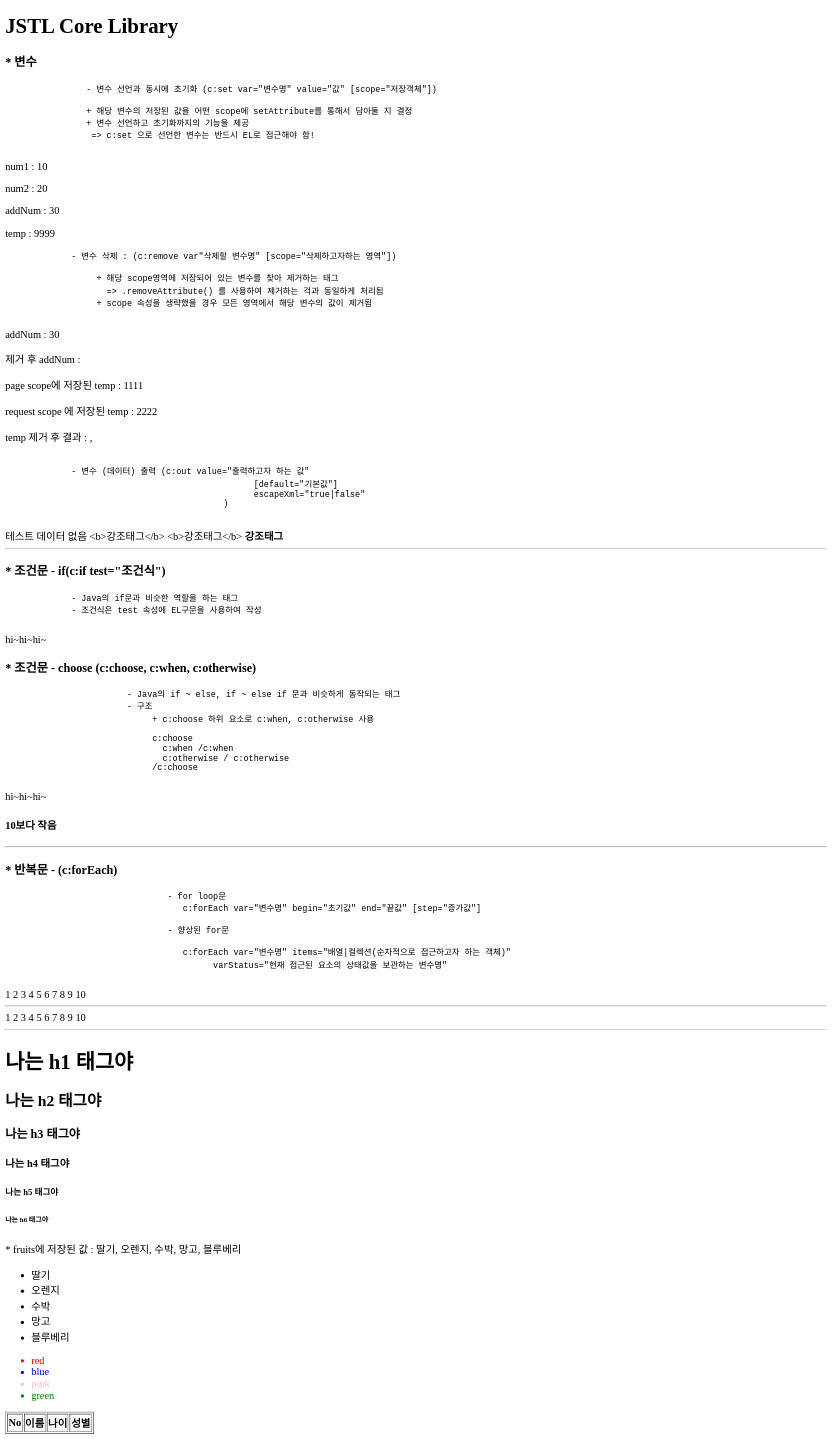
Repository: kkh1396/kh_front
Page: http://localhost/2_jsp/views/4_CustomAction/2_core.jsp
These files come from the project's save history. The page is drawn as it stood at one moment and after the next save; the edit follows.
The browser window is 1280 px wide. The pictures show the whole page, at 65% of full size.
The page is served by Tomcat 9. Nobody is signed in. The application's start-up code is not run. Other server files are loaded and not shown.

Above is the page before, as saved 2025-03-21 05:43:44.

### 05_server/2_jsp/src/main/webapp/views/4_CustomAction/2_core.jsp
<%@ page language="java" contentType="text/html; charset=UTF-8"
    pageEncoding="UTF-8"%>
<%@ taglib prefix="c" uri="http://java.sun.com/jsp/jstl/core" %>
<%@ page import="java.util.ArrayList, model.vo.Student" %>

<!DOCTYPE html>
<html>
<head>
<meta charset="UTF-8">
<title>JSTL - core</title>
</head>
<body>
	 <h1>JSTL Core Library</h1>

	 <h3>* 변수</h3>
	 <pre>
	   	- 변수 선언과 동시에 초기화 (c:set var="변수명" value="값" [scope="저장객체"])

	   	+ 해당 변수의 저장된 값을 어떤 scope에 setAttribute를 통해서 담아둘 지 결정
	   	+ 변수 선언하고 초기화까지의 기능을 제공
	   	 => c:set 으로 선언한 변수는 반드시 EL로 접근해야 함!
	 </pre>


	 <!-- num1 이라는 변수에 10이라는 값을 저장  -->
	 <c:set var="num1" value="10"/>

	 <%-- request 영역에 num2라는 변수에 20이라는 값ㅇ르 저장 --%>
	 <c:set var="num2" value="20" scope="request"/>

	 <p> num1 : ${ num1 } </p>
	 <p> num2 : ${ num2 } </p>


	 <%-- num1 num2의 합을 addNum이라는 변수에 저장(session 영역) --%>
	 <c:set var="addNum" value= '${ num1 +num2 }' scope="session"/>
	 <p> addNum : ${ addNum } </p>

	 <c:set var="temp">
	    9999
	 </c:set>

	 <%-- value 속성 대신, 시작태그와 종료태그 사이에 초기값을 지정할 수 있음 --%>

	 <p> temp : ${ temp } </p>

	 <pre>
	     - 변수 삭제 : (c:remove var"삭제할 변수명" [scope="삭제하고자하는 영역"])

	          + 해당 scope영역에 저장되어 있는 변수를 찾아 제거하는 태그
	            => .removeAttribute() 를 사용하여 제거하는 걱과 동일하게 처리됨
	          + scope 속성을 생략했을 경우 모든 영역에서 해당 변수의 값이 제거됨
	 </pre>

	 <%-- session 영역의 addNum 변수 삭제 --%>
	 <p> addNum : ${ addNum }</p>
	 <c:remove var="addNum" scope="session"/>

	 <p> 제거 후 addNum : ${ addNum }</p>


	 <c:set var="temp" value="1111" />
	 <c:set var="temp" value="2222" scope="request"/>

	 <p> page scope에 저장된 temp : ${ temp }</p>
	 <p> request scope 에 저장된 temp : ${ requestScope.temp }</p>


	 <c:remove var="temp" />

	 <p> temp 제거 후 결과 : ${ temp } , ${ requestScope.temp }

	 <pre>
	     - 변수 (데이터) 출력 (c:out value="출력하고자 하는 값"
	     					 [default="기본값"]
	     					 escapeXml="true|false"
	     				   )
	 </pre>

	 <c:out value="테스트" />

	 <%-- addNum 변수의 값을 출력 --%>
	 <c:out value="${ addnum }"/>
	 <c:out value="${ addnum }" default="데이터 없음"/>

	 <%-- outData 라는 변수에 '<b>강조태그</b>' 값을 저장 --%>
	 <c:set var="outData" value="<b>강조태그</b>" />
	 <c:out value="${ outData }" />
	 <c:out value="${ outData }" escapeXml="true"/>
	 <%-- escapeXml 속성의 기본값은 true, 태그를 해석하지 않음 --%>
	 <c:out value="${ outData }" escapeXml="false"/>

	 <hr>

	 <h3>* 조건문 - if(c:if test="조건식") </h3>
	 <pre>
	     - Java의 if문과 비슷한 역할을 하는 태그
	     - 조건식은 test 속성에 EL구문을 사용하여 작성
	 </pre>


	 <%-- num1이 num2보다 큰가? --%>
	 <%-- * JSTL로 선언된 변수는 접근 불가! (EL로만 접근 가능)
	 <% if (num1 > num2) {%>
	 <% } %>
	 --%>

	 <c:if test="${ num1 > num2 }">
	  		num1이 num2보다 큽니다.
	 </c:if>

	 <c:if test="${ num lt num2 }">
	        num1이 num2보다 작습니다.
	 </c:if>

	 <c:set var='hi' value="안녕"/>
	 <%--
	 		hi 변수에 저장된 값이 "안녕"일 경우 hi~hi~hi~ 출력
	 		      			  "안녕"이 아닐경우 by~by~by~ 출력
	  --%>

	  <c:if test="${ hi == '안녕' }">
	         hi~hi~hi~
	  </c:if>
	 <c:if test="${ hi != '안녕' }">
	         by~by~by
	  </c:if>

	  <br>

	  <h3> * 조건문 - choose (c:choose, c:when, c:otherwise) </h3>
	  <pre>
			- Java의 if ~ else, if ~ else if 문과 비슷하게 동작되는 태그
			- 구조
			     + c:choose 하위 요소로 c:when, c:otherwise 사용

			     c:choose
			       c:when /c:when
			       c:otherwise / c:otherwise
			     /c:choose
	  </pre>

	  	<%--
	 		hi 변수에 저장된 값이 "안녕"일 경우 hi~hi~hi~ 출력
	 		      			  "안녕"이 아닐경우 by~by~by~ 출력
	  	--%>

	  	<c:choose>
	  	   <c:when test="${ hi == '안녕'}">
	  	       hi~hi~hi~
	  	   </c:when>
	  	   <c:otherwise>
	  	     	by~by~by~
	  	   </c:otherwise>
	  	</c:choose>


	   <%--
	    	   num1의 값이 20보다 크면 "20보다 큼"
	    	    		, 10보다 크거나 같으면 "10보다 크거나 같음"
	    	    		, 그렇지 않으면 "10보다 작음"출력
	     --%>

	   <c:choose>
	      <c:when test="${ num1 >20 }">
	             <h2>20보다 큼</h2>
	      </c:when>
	      <c:when test="${ num ge 10 }">
	      		<h3> 10보다 큼</h2>
	      </c:when>
	       <c:otherwise>
	           <h4>10보다 작음</h4>
	       </c:otherwise>
	    </c:choose>

	   <hr>


	   <h3>* 반복문 - (c:forEach)</h3>
	   <pre>
	   			- for loop문
	   			   c:forEach var="변수명" begin="초기값" end="끝값" [step="증가값"]

	   			- 향상된 for문

	   			   c:forEach var="변수명" items="배열|컬렉션(순차적으로 접근하고자 하는 객체)"
	   			   	 varStatus="현재 접근된 요소의 상태값을 보관하는 변수명"
	   </pre>
	   <%-- 스크립틀릿을 사용하여 1 ~ 10까지 출력(한줄로) --%>
	   <% for (int i=1; i<=10; i++) { %>
	   			<%= i %>
	   <% } %>

	   <hr>

	   <c:forEach var="i" begin="1" end="10">
	         ${ i }
	   </c:forEach>


	   <hr>
	   <%-- h1 ~ h6 "나는 hx 태그야" --%>

	   <c:forEach var="i" begin="1" end="6">
	         <h${ i }> 나는 h${ i } 태그야 </h${ i }>
	   </c:forEach>

	   <c:set var="fruits">
	      딸기, 오렌지, 수박, 망고, 블루베리
	   </c:set>

	   * fruits에 저장된 값 : ${ fruits }

	   <ul>
	   <c:forEach var="test" items="${ fruits }">
	           <li> ${ test } </li>
	   </c:forEach>
	   </ul>


	   <%--
	   			colors 라는 변수에 4가지 색상을 콤마(,)로 구분하여 저장
	   			목록 태그로 해당 글자를 출력(* 저장된 컬러로 글자색 변경)
	    --%>

	    <%-- colors 변수에 색상 정보를 저장 --%>
	       <c:set var="color">
		      		red,blue,pink,green
	   	   </c:set>

		<%-- 반복문을 사용하여 목록태그에 글자 출력 --%>
		<ul>
		    <c:forEach var="sc" items="${ color }">
		          <li style="color: ${sc}">${ sc }</li>
		    </c:forEach>
	    </ul>

	    <%
	       ArrayList<Student> list = new ArrayList<>();

	       list.add(new Student("박민준", 20, "남자"));
	       list.add(new Student("임성준", 20, "남자"));
	       list.add(new Student("홍길동", 20, "남자"));
	    %>

	    <%-- request.setAttribute("list", list); --%>
	    <c:set var="list" value="<%= list %>" scope="request"/>

	    <table border="1">
	        <thead>
	          <tr>
	             <th>No</th>
	             <th>이름</th>
	             <th>나이</th>
	             <th>성별</th>
	          </tr>
	        </thead>
	        	<%-- 리스트가 비어있을 경우, "조회된 결과가 없습니다" 출력  --%>

	        	<%-- 리스트가 비어있지 않을경우, 제목셀에 맞춰서 내용 출력  --%>
	        <tbody>

	        </tbody>

	    </table>


</body>
</html>

### 05_server/2_jsp/src/main/java/model/vo/Student.java
package model.vo;

public class Student {

	private String name;
	private int age;
	private String gender;


	// 생성자(기본생성자, 모든필드매개변수로가지는 생성자)
	// getter/setter
	// toString
	public Student() {
		super();
	}

	public Student(String name, int age, String gender) {
		super();
		this.name = name;
		this.age = age;
		this.gender = gender;
	}

	public String getName() {
		return name;
	}

	public void setName(String name) {
		this.name = name;
	}

	public int getAge() {
		return age;
	}

	public void setAge(int age) {
		this.age = age;
	}

	public String getGender() {
		return gender;
	}

	public void setGender(String gender) {
		this.gender = gender;
	}

	@Override
	public String toString() {
		return "Student [name=" + name + ", age=" + age + ", gender=" + gender + "]";
	}



}

After the next save:
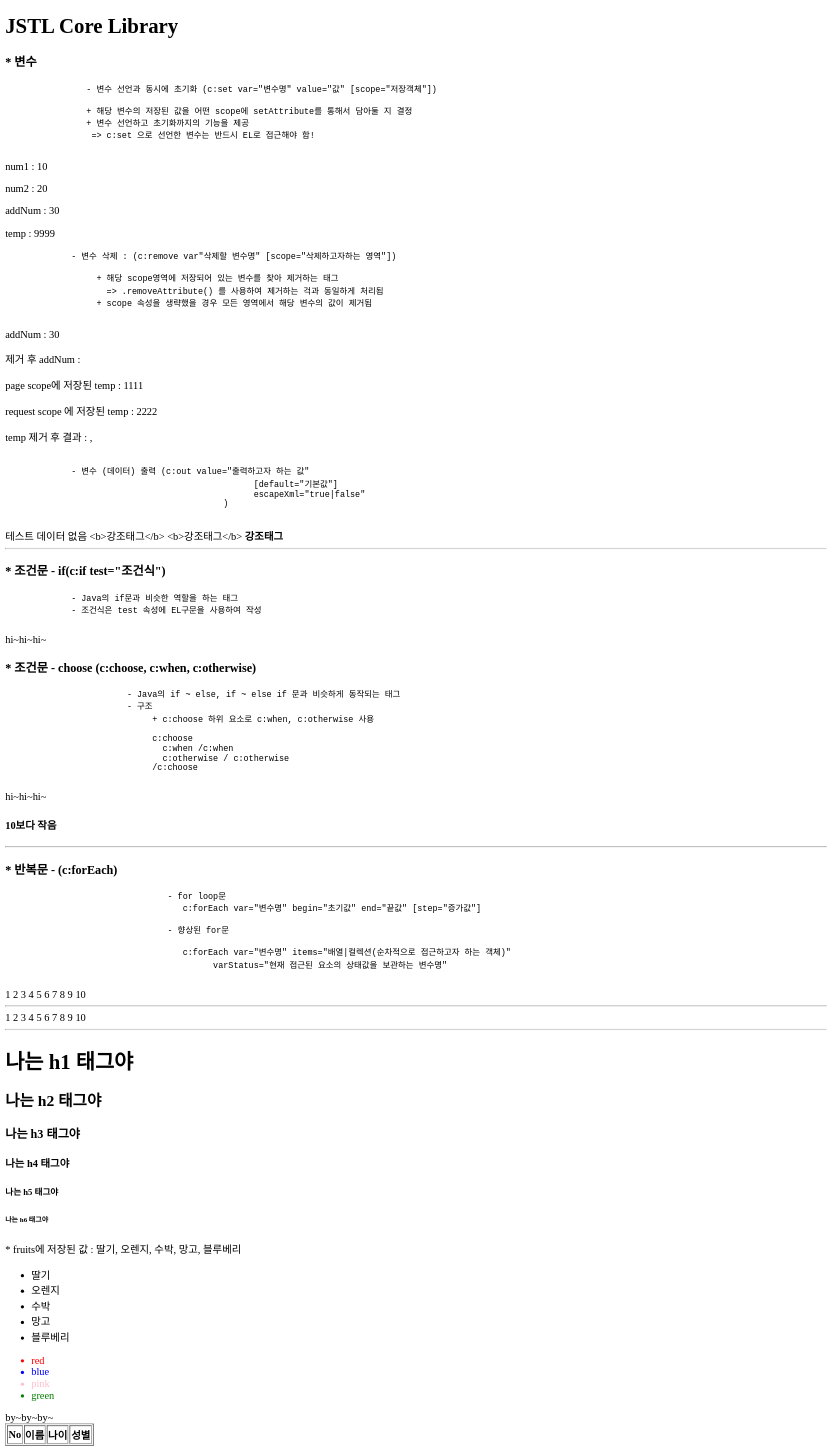
Saved 2 min 17 s later.
--- a/05_server/2_jsp/src/main/webapp/views/4_CustomAction/2_core.jsp
+++ b/05_server/2_jsp/src/main/webapp/views/4_CustomAction/2_core.jsp
@@ -257,6 +257,17 @@
 	        </thead>
 	        	<%-- 리스트가 비어있을 경우, "조회된 결과가 없습니다" 출력  --%>
 
+					<c:choose>
+					  	   <c:when test="${ list == null}">
+					  	       <tr>
+					  	          조회된 결과가 없습니다.
+					  	       <tr>
+					  	   </c:when>
+					  	   <c:otherwise>
+					  	     	by~by~by~
+					  	   </c:otherwise>
+					</c:choose>
+
 	        	<%-- 리스트가 비어있지 않을경우, 제목셀에 맞춰서 내용 출력  --%>
 	        <tbody>
 
